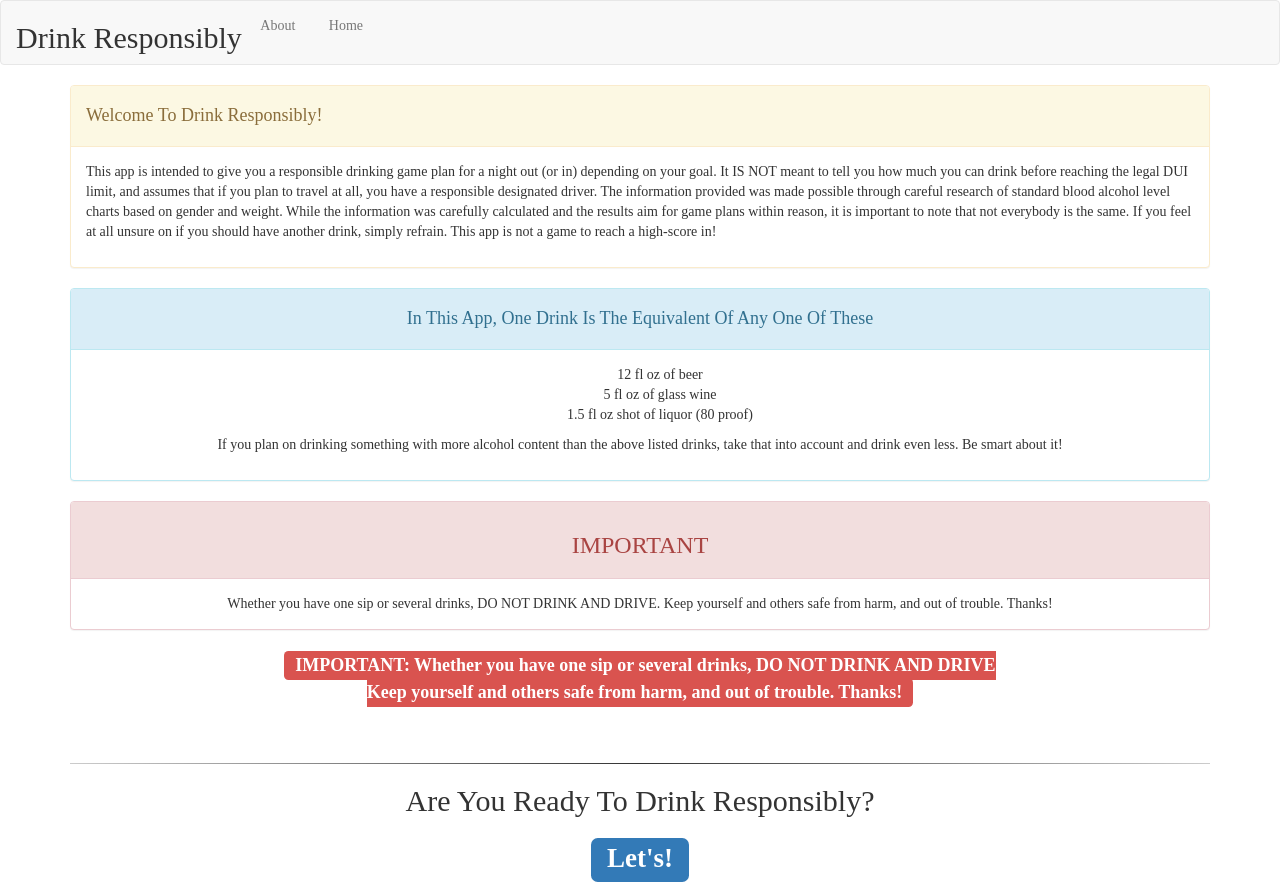
Repository: NatNat180/DrinkResponsibly
Page: http://localhost/DrinkResponsibly/
An editor plug-in stored every save of this project. The page is shown before and after the next save, followed by the edit.
The browser window is 1280 px wide. The pictures show the whole page.
Some web fonts or font styles are not loaded; a fallback is used. The page is served by Tomcat 9.

Above is the page before, as saved 2016-04-14 00:16:04.

After the next save:
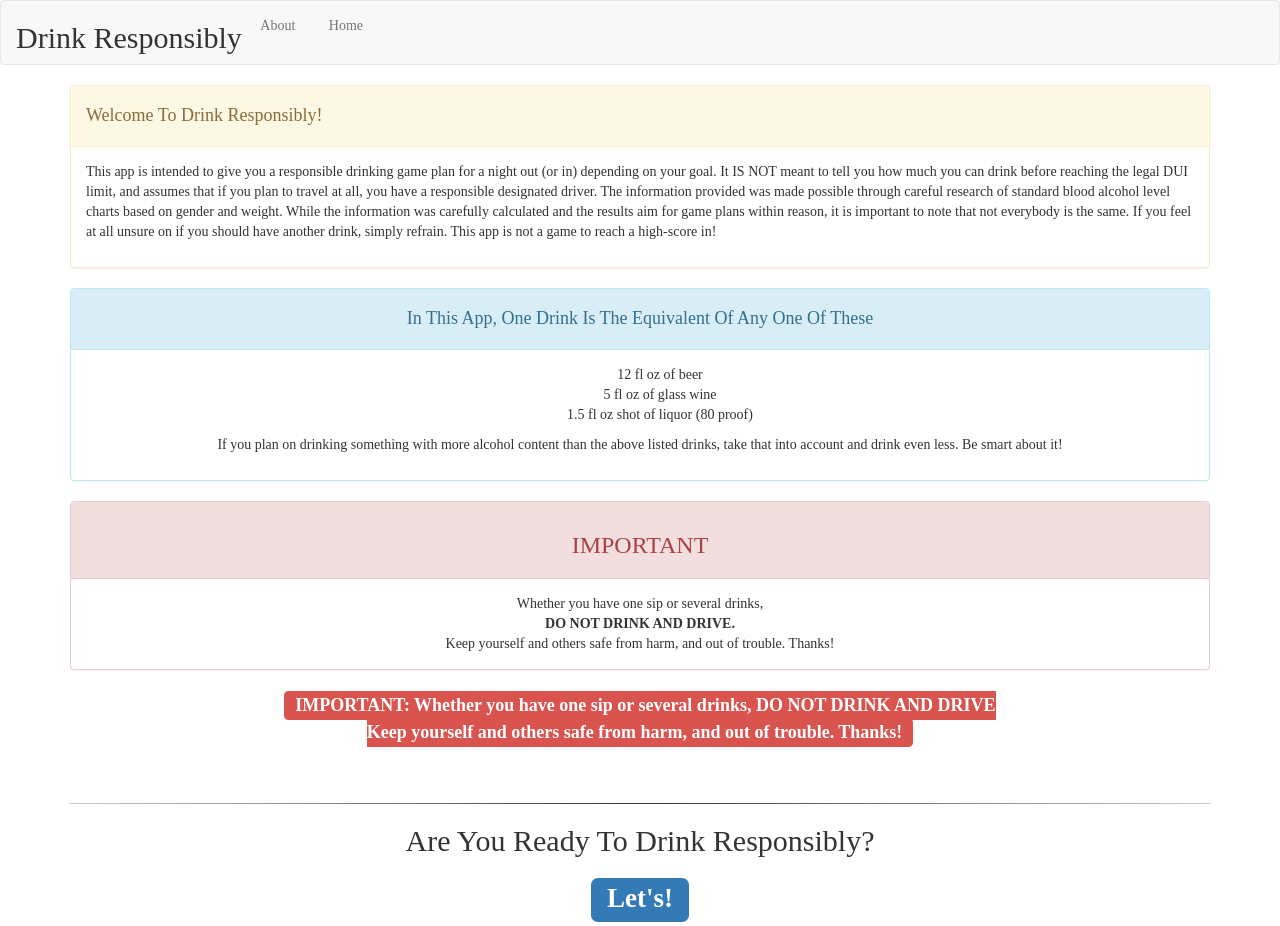
Saved 47 s later.
--- a/DrinkResponsibly/WebContent/WEB-INF/about.jsp
+++ b/DrinkResponsibly/WebContent/WEB-INF/about.jsp
@@ -50,7 +50,7 @@
 	<div class="panel panel-danger">
 	<div class="panel-heading"><h3>IMPORTANT</h3></div>
 	<div class="panel-body">
-	Whether you have one sip or several drinks, DO NOT DRINK AND DRIVE.
+	Whether you have one sip or several drinks, <div style="font-weight: bold;">DO NOT DRINK AND DRIVE.</div>
 	Keep yourself and others safe from harm, and out of trouble. Thanks!
 	</div>
 	</div>
